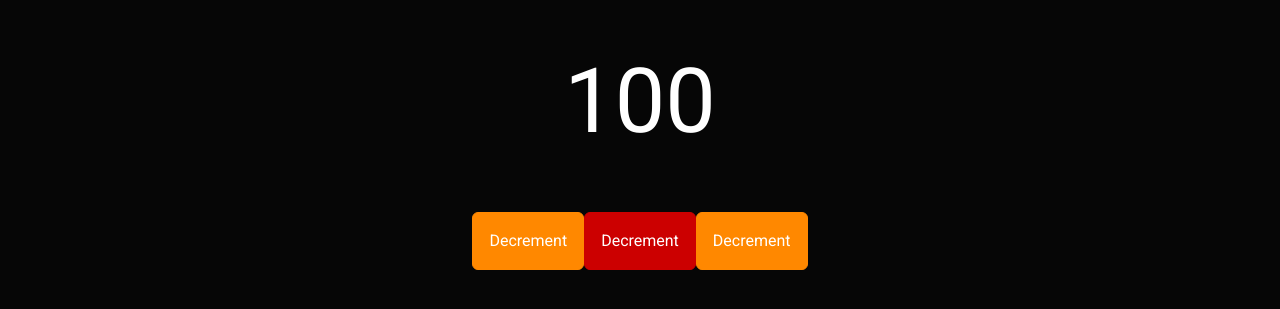
Repository: Afraz13/Emoboo
Page: /
The author's editor kept a copy of each file at every save. The page is drawn from the files as they stood at one save, then again after a run of saves.
The browser window is 1280 px wide. The pictures show the whole page.
The project was rebuilt for these pictures with package versions that can differ from the ones it lists, and the page was loaded fresh each time. Also part of the build but not shown: src/App.css.

Above is the page before, as saved 2024-08-15 12:28:51.

### src/index.js
import React from 'react';
import ReactDOM from 'react-dom/client';
import './index.css';
import App from './App';
import '../src/bootstrap.min (5).css'


const root = ReactDOM.createRoot(document.getElementById('root'));
root.render(
  <React.StrictMode>
    <App />
  </React.StrictMode>
);

### src/App.js

import './App.css';
import Counter from './compontent/Counter'

function App() {
  return (
    <div className="App">

      <Counter/>
    </div>
  );
}

export default App;

### src/compontent/Counter.jsx
import React from 'react'

function Counter() {
  return (
    <div className='d-flex justify-content-center align-items-center w-100 flex-column mt-5'>
        <h1 style={{fontSize:'90px'}}>100</h1>
        <div className='mt-5'>
            <button className='btn btn-warning p-3'>Decrement</button>
            <button className='btn btn-danger p-3'>Decrement</button>
            <button className='btn btn-warning p-3'>Decrement</button>

        </div>

    </div>
  )
}

export default Counter

Loaded but not shown: public/index.html (common file); src/index.css (common file); src/bootstrap.min (5).css (library)

After the next 2 saves:
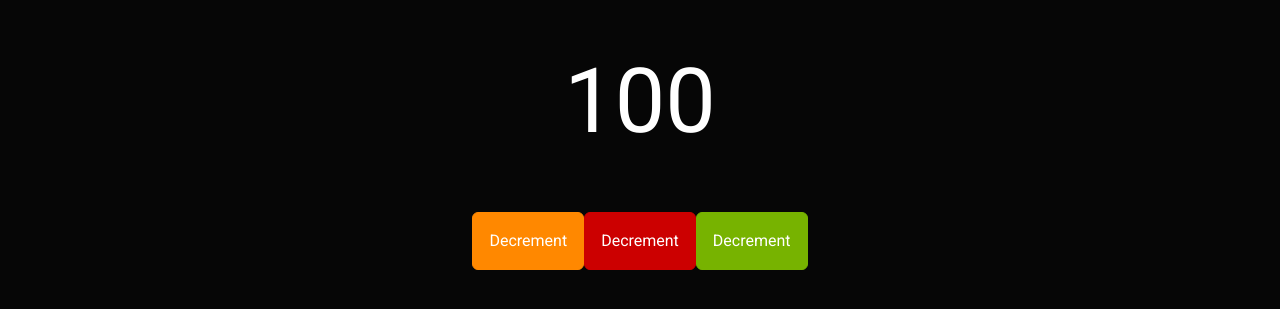
The 2 saves are shown as one change because they came seconds apart.
The last was saved 6 s later.
--- a/src/compontent/Counter.jsx
+++ b/src/compontent/Counter.jsx
@@ -7,7 +7,7 @@ function Counter() {
         <div className='mt-5'>
             <button className='btn btn-warning p-3'>Decrement</button>
             <button className='btn btn-danger p-3'>Decrement</button>
-            <button className='btn btn-warning p-3'>Decrement</button>
+            <button className='btn btn-success p-3'>Decrement</button>
 
         </div>
 
